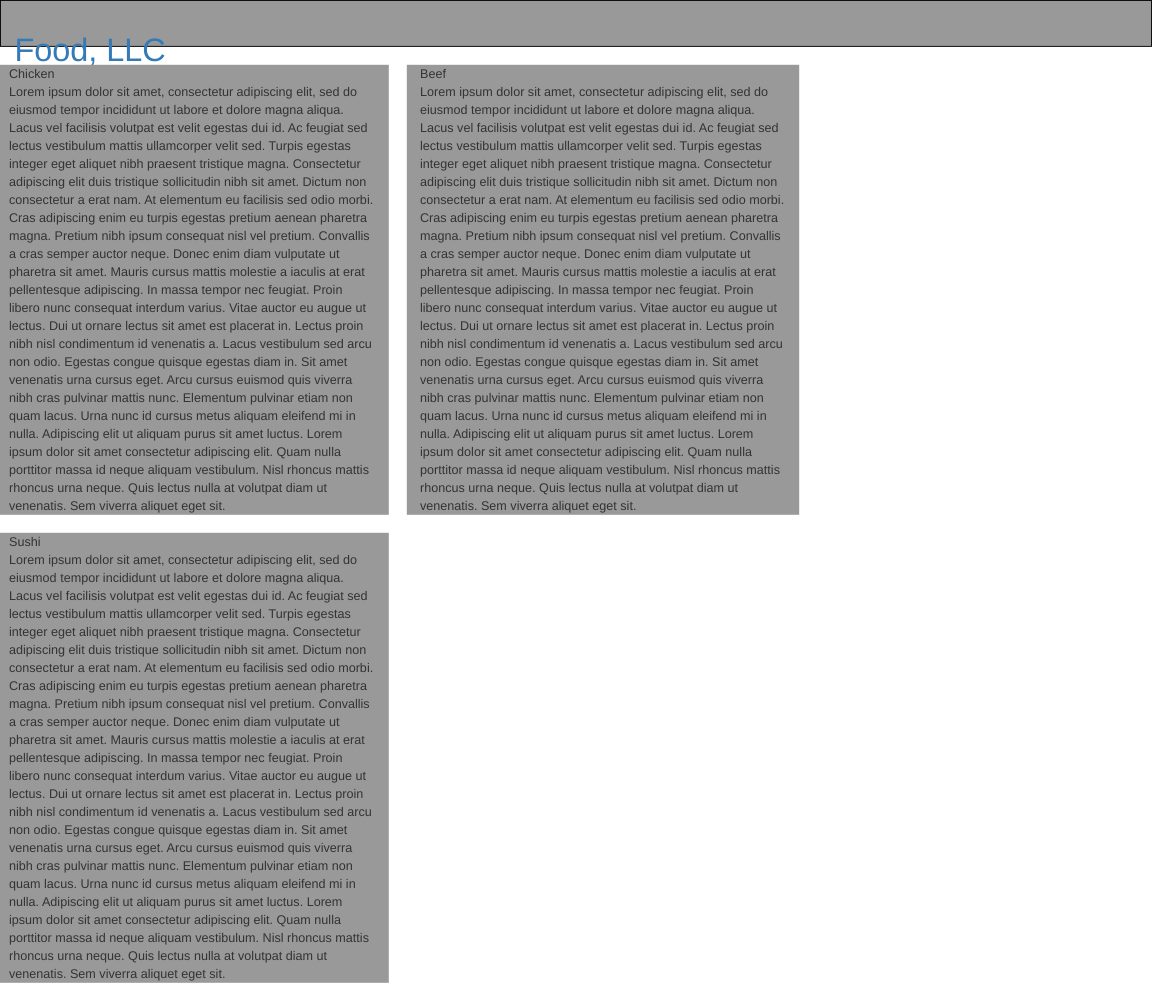
Repository: Cynthia-woo/coursera_frontend_JHU
Page: module3-solution/index.html
The author's editor kept a copy of each file at every save. The page is drawn from the files as they stood at one save, then again after the next save.
The browser window is 1280 px wide. The page is 1295 px wide, so the pictures cover 1295 px, including what lies to the right of the window. The pictures show the whole page, at 90% of full size.

Above is the page before, as saved 2024-04-20 02:42:00.

After the next save:
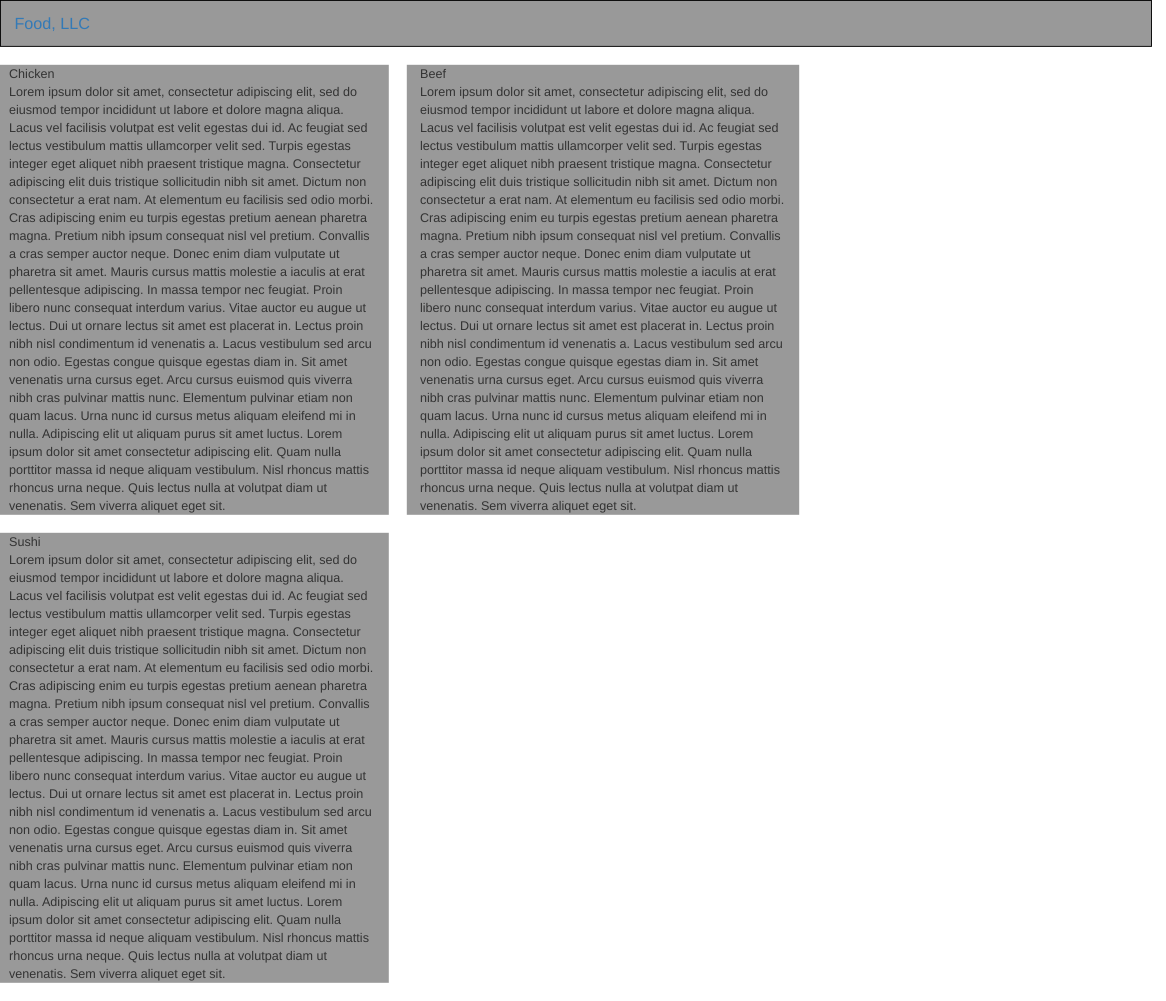
Saved 14 s later.
--- a/module3-solution/index.html
+++ b/module3-solution/index.html
@@ -22,7 +22,7 @@
           <div class="container-fluid">
             <div class="navbar-header">
               <div class="navbar-brand">
-                <a href="index.html"><h1>Food, LLC</h1></a>
+                <a href="index.html"><span>Food, LLC</span></a>
               </div>
 
               <button type="button" class="navbar-toggle collapsed" data-toggle="collapse" data-target="#collapsable-nav" aria-expanded="false">
